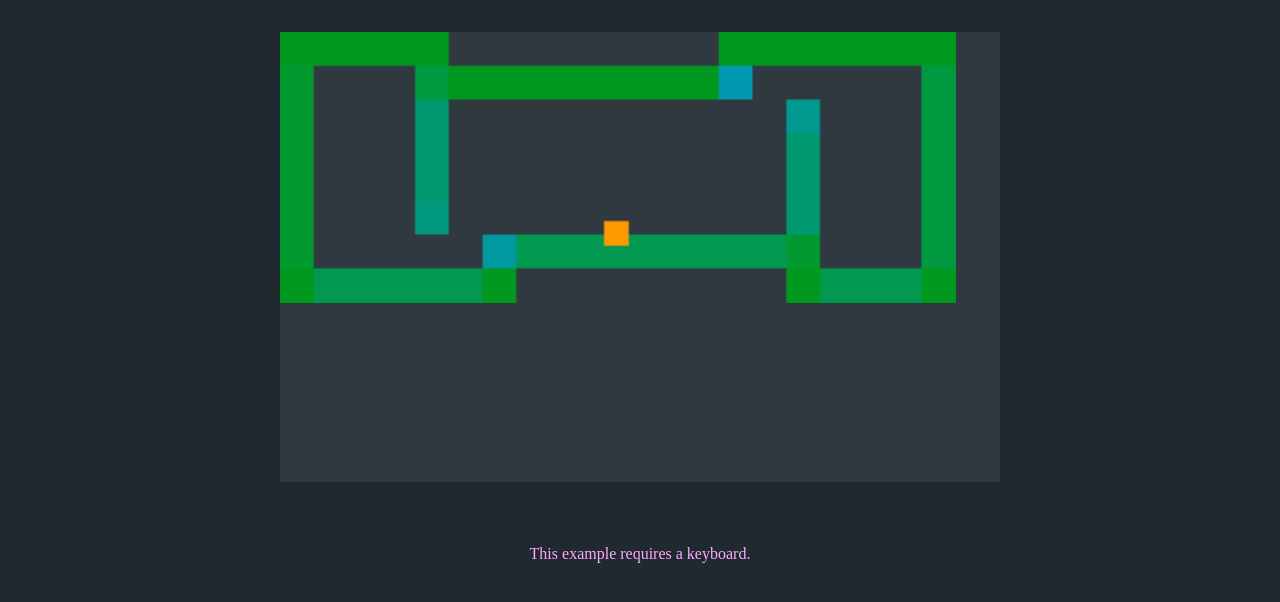
Repository: jh0l/WorldsHardestGame
Page: index.html
These files come from the project's save history. The page is drawn as it stood at one moment and after the next save; the edit follows.
The browser window is 1280 px wide. The pictures show the whole page.

Above is the page before, as saved 2018-07-19 00:14:22.

### index.html
<html>

<head>

	<meta name="viewport" content="width=device-width">
	<link href="src/index.css" rel="stylesheet" type="text/css">

	<title>PoP Vlog - Top Down Tiles</title>

</head>

<body>

	<canvas></canvas>

	<p>This example requires a keyboard.</p>

	<script src="src/index.js" type="text/javascript"></script>

</body>

</html>

### src/index.css
* {
  box-sizing: border-box;
  margin: 0;
  padding: 0;
}

html {
  height: 100%;
  width: 100%;
}

body {
  align-content: space-around;
  background-color: #202830;
  color: #ffaaff;
  display: grid;
  grid-template-columns: auto;
  grid-template-rows: auto auto auto auto;
  height: 100%;
  justify-content: space-around;
  text-align: center;
  width: 100%;
}

canvas {
  background-color: #303840;
  justify-self: center;
}

### src/index.js
(function() {
  "use strict";

  var controller, display, game;

  controller = {
    down: false,
    left: false,
    right: false,
    up: false,

    keyUpDown: function(event) {
      var key_state = event.type == "keydown" ? true : false;

      switch (event.keyCode) {
        case 65:
          controller.left = key_state;
          break; // left key
        case 87:
          controller.up = key_state;
          break; // up key
        case 68:
          controller.right = key_state;
          break; // right key
        case 83:
          controller.down = key_state;
          break; // down key
      }
    }
  };
  const tileValColor = val => {
    if (val > 0 && val < 10) {
      return "#0099" + val + "f";
    }
    switch (val) {
      case "a":
        return "#0099" + val + "f";
    }
    return "#303840";
  };
  display = {
    buffer: document.createElement("canvas").getContext("2d"),
    context: document.querySelector("canvas").getContext("2d"),
    output: document.querySelector("p"),

    render: function() {
      for (let index = game.world.map.length - 1; index > -1; --index) {
        this.buffer.fillStyle = tileValColor(game.world.map[index]);
        this.buffer.fillRect(
          (index % game.world.columns) * game.world.tile_size,
          Math.floor(index / game.world.columns) * game.world.tile_size,
          game.world.tile_size,
          game.world.tile_size
        );
      }

      this.buffer.fillStyle = game.player.color;
      this.buffer.fillRect(
        game.player.x,
        game.player.y,
        game.player.width,
        game.player.height
      );

      this.context.drawImage(
        this.buffer.canvas,
        0,
        0,
        this.buffer.canvas.width,
        this.buffer.canvas.height,
        0,
        0,
        this.context.canvas.width,
        this.context.canvas.height
      );
    },

    resize: function(event) {
      var client_height = document.documentElement.clientHeight;

      display.context.canvas.width = document.documentElement.clientWidth - 32;

      if (display.context.canvas.width > client_height) {
        display.context.canvas.width = client_height;
      }

      display.context.canvas.height = Math.floor(
        display.context.canvas.width * 0.625
      );

      display.render();
    }
  };
  const playerSize = 11;
  game = {
    /* This is the player object. Make sure to note that for this collision method
    to work, you must record the current and last positions of your game objects
    to use in collision detection. It is used to calculate the vector used to determine
    if an object is entering into a collision tile and from what side. */
    player: {
      color: "#ff9900",
      height: playerSize,
      old_x: 160, // these are what you should take note of. Don't worry, it's useful
      old_y: 160, // to keep track of old positions for many physics methods. These aren't one trick pony's.
      speed: 3,
      velocity_x: 0,
      velocity_y: 0,
      width: playerSize,
      x: 160 - 16,
      y: 100 - 16,

      // These functions just make it easy to read the collision code
      get bottom() {
        return this.y + this.height;
      },
      get oldBottom() {
        return this.old_y + this.height;
      },
      get left() {
        return this.x;
      }, // kind of pointless, but used
      get oldLeft() {
        return this.old_x;
      }, // to help visualize the collision methods
      get right() {
        return this.x + this.width;
      },
      get oldRight() {
        return this.old_x + this.width;
      },
      get top() {
        return this.y;
      }, // equally pointless as left side calculations
      get oldTop() {
        return this.old_y;
      }
    },

    world: {
      map: []
      // the routing functions below with matching numbers

      // represent these tiles and route their values to
      // the collision methods you might expect based on their names
    },

    /* This object is responsible for getting the collision methods that match
    tile values in the map. It uses what I call routing functions to group reusable
    narrow phase collision methods together to create a variety of different tile
    boundary shapes. You can get the same effect with an array of routing functions rather
    than giving an object's routing functions numeric indexes, if you prefer. It might be faster. */
    collision: {
      // top wall collision tile
      1: function(object, row, column) {
        // The player hits the bottom of ceiling tiles.
        this.bottomCollision(object, row);
      },

      // left wall collision tile
      2: function(object, row, column) {
        this.rightCollision(object, column);
      },

      // right wall collision tile
      3: function(object, row, column) {
        // The player collides with the left side of a wall on the right of the map.
        this.leftCollision(object, column); // Confusing to visualize, but true.
      },

      // bottom wall collision tile
      4: function(object, row, column) {
        this.topCollision(object, row);
      },

      // block tile with four walls
      5: function(object, row, column) {
        /* It makes sense to test the most likely side to be collided with first.
        In a top down game, all sides are hit about the same number of times, depending
        on gameplay, but in a side scroller with downward pulling gravity, the tops of
        tiles will usually get the most traffic, so it makes sense to test the tops
        first in those scenarios. */
        if (this.topCollision(object, row)) {
          return;
        } // Make sure to early out
        if (this.leftCollision(object, column)) {
          return;
        } // if a collision is detected.
        if (this.rightCollision(object, column)) {
          return;
        }
        this.bottomCollision(object, row); // No need to early out on the last check.
      },
      // left and right only
      6: function(object, row, column) {
        if (this.leftCollision(object, column)) {
          return;
        }
        this.rightCollision(object, column);
      },
      // left, right and bottom only
      7: function(object, row, column) {
        if (this.leftCollision(object, column)) {
          return;
        }
        if (this.rightCollision(object, column)) {
          return;
        }
        this.bottomCollision(object, row); // No need to early out on the last check.
      },
      //left right and top only
      8: function(object, row, column) {
        if (this.leftCollision(object, column)) {
          return;
        }
        if (this.rightCollision(object, column)) {
          return;
        }
        this.topCollision(object, row); // No need to early out on the last check.
      },
      //left and top
      9: function(object, row, column) {
        if (this.leftCollision(object, column)) {
          return;
        }
        this.topCollision(object, row); // No need to early out on the last check.
      },
      //bottom and right
      a: function(object, row, column) {
        if (this.rightCollision(object, column)) {
          return;
        }
        this.bottomCollision(object, row); // No need to early out on the last check.
      },

      /* Here are the narrow phase collision detection and response functions.
      For a deeper insight into how these work, and what's going on, I'm using
      leftCollision as an example. The principles I explain here apply to all
      of the other narrow phase collision methods. Note that they're basically
      doing the same thing, just for different flat sides of a tile. */
      leftCollision(object, column) {
        /* To calculate the player's movement vector, I'm no longer using its velocity (like in the last tutorial).
        Instead, I'm going to calculate it based on it's current and last positions.
        the old way was if (object.velocity_x > 0), now it's if (object.x - object.old_x > 0).
        This is a bit more reliable in my opinion, depending on how and when you calculate your velocity. */

        /* If the object is not moving right, how will it ENTER into the left side of a tile?
        If not moving right, the player can't possibly ENTER the left side of a tile.
        We are only concerned with resolving collisions objects ENTER into. If they are spawned
        inside a collision tile, it is not the collision manager's job to resolve that, it is
        the level designer's job to fix the level design so collision can be as efficient as possible. */
        if (object.x - object.old_x > 0) {
          // the left side of the specified tile column
          var left = column * game.world.tile_size;

          /* This tests to see if our object is ENTERING through the collision boundary
          along the correct movement vector. If its current position is past the boundary
          and its old position is before the boundary, we know that it has entered into collision with the tile. */
          if (object.right > left && object.oldRight <= left) {
            object.velocity_x = 0;
            object.x = object.old_x = left - object.width - 0.001;
            /* You really don't need to reset the player's old position here if you are
            setting it at the start of each game loop, but if you are using a fixed time step
            game loop with interpolation, it will make your collisions look more pixel perfect.
            The reason for this is because with interpolation, your player may be drawn slightly
            away from the wall he just collided with on the next frame of animation depending on
            how much time has passed. So, you don't need to do this, but it doesn't hurt. It may
            be a problem if you end up changing old positions for player to player collisions as well,
            however, because old positions are used to calculate vectors for tile collision.
            Just make sure changing old positions are the last thing you do before the next frame,
            and you should be fine. */

            return true;
          }
        }

        return false;
      },

      rightCollision(object, column) {
        if (object.x - object.old_x < 0) {
          // the right side of the specified tile column
          var right = (column + 1) * game.world.tile_size;

          if (object.left < right && object.oldLeft >= right) {
            object.velocity_x = 0;
            object.old_x = object.x = right;

            return true;
          }
        }

        return false;
      },

      bottomCollision(object, row) {
        // if the object is moving up
        if (object.y - object.old_y < 0) {
          var bottom = (row + 1) * game.world.tile_size;

          if (object.top < bottom && object.oldTop >= bottom) {
            object.velocity_y = 0;
            object.old_y = object.y = bottom;
          }
        }
      },

      topCollision(object, row) {
        // if the object is moving down
        if (object.y - object.old_y > 0) {
          // the top side of the specified tile row
          var top = row * game.world.tile_size;

          // if the object has passed through the tile boundary since the last game cycle
          if (object.bottom > top && object.oldBottom <= top) {
            object.velocity_y = 0;
            object.old_y = object.y = top - object.height - 0.01;

            return true;
          }
        }

        return false;
      }
    },

    // The game loop:
    loop: function() {
      // Get controller input and move that player object!
      if (controller.down) {
        game.player.velocity_y += game.player.speed;
      }

      if (controller.up) {
        game.player.velocity_y -= game.player.speed;
      }

      if (controller.left) {
        game.player.velocity_x -= game.player.speed;
      }

      if (controller.right) {
        game.player.velocity_x += game.player.speed;
      }

      // Update the player object:
      game.player.old_x = game.player.x; // Set the old position to the current position
      game.player.old_y = game.player.y; // before we update the current position, thus making it current

      game.player.x += game.player.velocity_x; // Update the current position
      game.player.y += game.player.velocity_y;

      // Do collision detection and response with the boundaries of the screen.
      // if (game.player.x < 0) {
      //   game.player.velocity_x = 0;
      //   game.player.old_x = game.player.x = 0;
      // } else if (
      //   game.player.x + game.player.width >
      //   display.buffer.canvas.width
      // ) {
      //   game.player.velocity_x = 0;
      //   game.player.old_x = game.player.x =
      //     display.buffer.canvas.width - game.player.width - 0.001;
      //   /* I added that - 0.001 to the equation to really push the player object back into
      //   the game world. If the edge of the world is 320 px, and you set the right edge of
      //   the player obect to 320, technically its tile position will be 1 tile to the right of
      //   the edge of the world when calculated. Say there are 10 columns in the map, and each
      //   tile is 32 pixels wide. 320/32 is 10, but since our map index starts at 0, a value of 10
      //   falls outside of the map's number of columns. Failing to handle this can result in
      //   testing collision on tiles in another row, or tiles at undefined positions in the map array.*/
      // }

      if (game.player.y < 0) {
        game.player.velocity_y = 0;
        game.player.old_y = game.player.y = 0;
      } else if (
        game.player.y + game.player.height >
        display.buffer.canvas.height
      ) {
        game.player.velocity_y = 0;
        game.player.old_y = game.player.y =
          display.buffer.canvas.height - game.player.height - 0.001;
      }

      /* Here is where we do broadphase collision detection with the four corners of
      our player object. This is very important. In the last tutorial the player only
      had 1 collision registration point. Collision was simple, then. Now, it's just as
      simple, but we need to do it for each corner of our player object. */

      /* Once again, there's no point of testing collision if we're not moving. depending
      on which direction we are moving we must test different collision registration points
      on our player. For instance, if he is moving left, we test the points on his left side: */
      if (game.player.x - game.player.old_x < 0) {
        // test collision on left side of player if moving left

        /* There are much more efficient ways to write this code without repeating
        variable names and this big monsterous block of if statements, but I thought it
        would be good to have specific variable names and less abstraction so you can
        get an idea of what's going on. */
        var left_column = Math.floor(game.player.left / game.world.tile_size);
        var bottom_row = Math.floor(game.player.bottom / game.world.tile_size);
        var value_at_index =
          game.world.map[bottom_row * game.world.columns + left_column];

        if (value_at_index != 0) {
          // Check the bottom left point

          game.collision[value_at_index](game.player, bottom_row, left_column);
          display.output.innerHTML =
            "last tile collided with: " + value_at_index;
        }

        var top_row = Math.floor(game.player.top / game.world.tile_size);
        value_at_index =
          game.world.map[top_row * game.world.columns + left_column];

        if (value_at_index != 0) {
          // Check the top left point

          game.collision[value_at_index](game.player, top_row, left_column);
          display.output.innerHTML =
            "last tile collided with: " + value_at_index;
        }
      } else if (game.player.x - game.player.old_x > 0) {
        // Is the player moving right?

        var right_column = Math.floor(game.player.right / game.world.tile_size);
        var bottom_row = Math.floor(game.player.bottom / game.world.tile_size);
        var value_at_index =
          game.world.map[bottom_row * game.world.columns + right_column];

        if (value_at_index != 0) {
          // Check the bottom right point

          game.collision[value_at_index](game.player, bottom_row, right_column);
          display.output.innerHTML =
            "last tile collided with: " + value_at_index;
        }

        var top_row = Math.floor(game.player.top / game.world.tile_size);
        value_at_index =
          game.world.map[top_row * game.world.columns + right_column];

        if (value_at_index != 0) {
          // Check the top right point

          game.collision[value_at_index](game.player, top_row, right_column);
          display.output.innerHTML =
            "last tile collided with: " + value_at_index;
        }
      }

      if (game.player.y - game.player.old_y < 0) {
        var left_column = Math.floor(game.player.left / game.world.tile_size);
        var top_row = Math.floor(game.player.top / game.world.tile_size);
        var value_at_index =
          game.world.map[top_row * game.world.columns + left_column];

        if (value_at_index != 0) {
          // Check the top left point

          game.collision[value_at_index](game.player, top_row, left_column);
          display.output.innerHTML =
            "last tile collided with: " + value_at_index;
        }

        var right_column = Math.floor(game.player.right / game.world.tile_size);
        value_at_index =
          game.world.map[top_row * game.world.columns + right_column];

        if (value_at_index != 0) {
          // Check the top right point

          game.collision[value_at_index](game.player, top_row, right_column);
          display.output.innerHTML =
            "last tile collided with: " + value_at_index;
        }
      } else if (game.player.y - game.player.old_y > 0) {
        var left_column = Math.floor(game.player.left / game.world.tile_size);
        var bottom_row = Math.floor(game.player.bottom / game.world.tile_size);
        var value_at_index =
          game.world.map[bottom_row * game.world.columns + left_column];

        if (value_at_index != 0) {
          // Check the bottom left point

          game.collision[value_at_index](game.player, bottom_row, left_column);
          display.output.innerHTML =
            "last tile collided with: " + value_at_index;
        }

        var right_column = Math.floor(game.player.right / game.world.tile_size);
        value_at_index =
          game.world.map[bottom_row * game.world.columns + right_column];

        if (value_at_index != 0) {
          // Check the bottom right point

          game.collision[value_at_index](game.player, bottom_row, right_column);
          display.output.innerHTML =
            "last tile collided with: " + value_at_index;
        }
      }

      game.player.velocity_x = 0;
      game.player.velocity_y = 0;

      display.render();

      window.requestAnimationFrame(game.loop);
    }
  };

  display.buffer.canvas.height = 200;
  display.buffer.canvas.width = 320;

  window.addEventListener("resize", display.resize);
  window.addEventListener("keydown", controller.keyUpDown);
  window.addEventListener("keyup", controller.keyUpDown);

  display.resize();
  // 1s are ceiling tiles
  // 2s and 3s are right and left wall tiles
  // 5 is a solid block/box tile
  // 4 is a floor tile
  const mapStr = `
11111000000001111111
2000311111111a000003
20006000000000080003
20006000000000060003
20006000000000060003
20007000000000060003
20000094444444420003
14444410000000014441
`;
  const map = mapStr
    .slice(1, -1)
    .replace(/\n/g, "")
    .split("");
  game.world = Object.assign(game.world, {
    columns: mapStr.split("\n")[1].length,
    rows: 5,
    tile_size: 15,
    map
  });
  game.loop();
})();

After the next save:
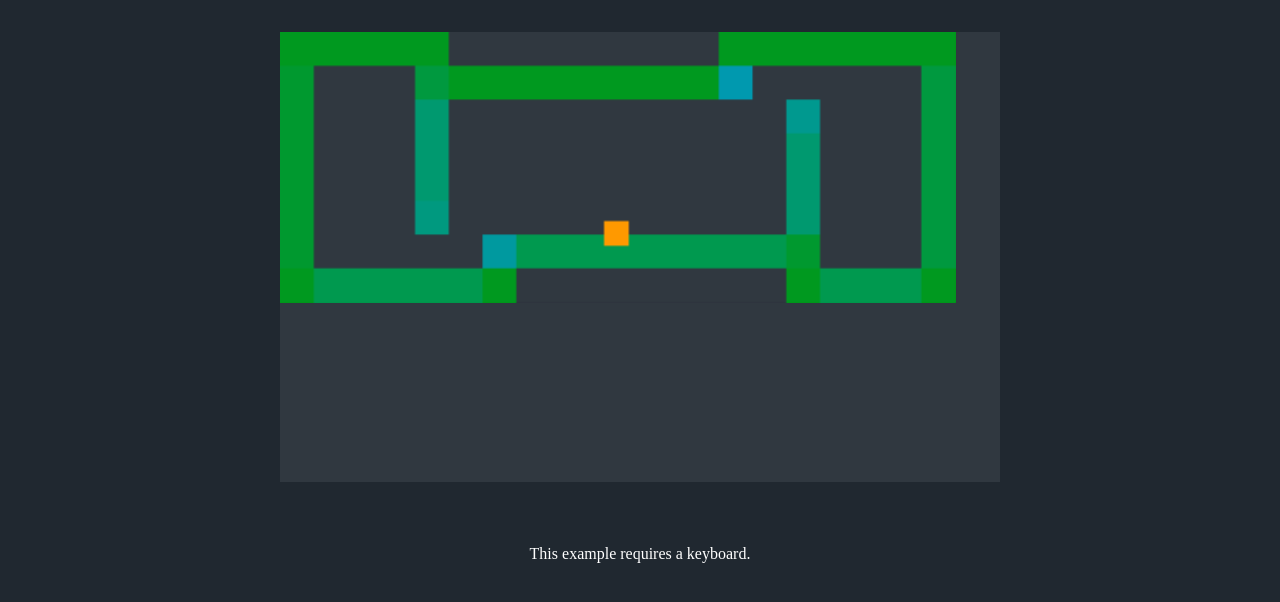
Saved 6 s later.
--- a/src/index.css
+++ b/src/index.css
@@ -12,7 +12,7 @@ html {
 body {
   align-content: space-around;
   background-color: #202830;
-  color: #ffaaff;
+  color: #ffffff;
   display: grid;
   grid-template-columns: auto;
   grid-template-rows: auto auto auto auto;
